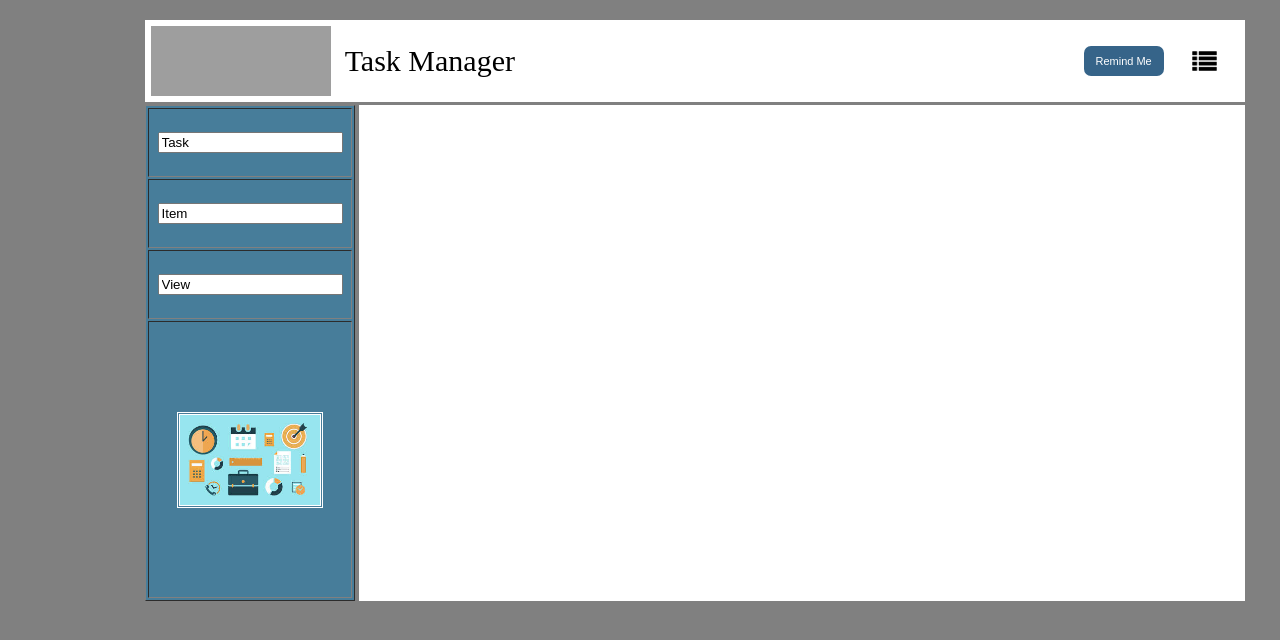
Repository: SnehaSalvi/TaskManagerProject
Page: http://localhost/TaskManagerChecklist/Home.jsp
The author's editor kept a copy of each file at every save. The page is drawn from the files as they stood at one save, then again after the next save.
The browser window is 1280 px wide. The pictures show the whole page.
Pictures or frames that could not be fetched are drawn as grey boxes. The page is served by Tomcat 9. Other server files are loaded and not shown.

Above is the page before, as saved 2016-10-14 09:18:38.

### TaskManagerChecklist/WebContent/Home.jsp
<%@ page language="java" contentType="text/html; charset=ISO-8859-1" pageEncoding="ISO-8859-1"%>
<!DOCTYPE html PUBLIC "-//W3C//DTD HTML 4.01 Transitional//EN" "http://www.w3.org/TR/html4/loose.dtd">
<html>
<head>
<meta http-equiv="Content-Type" content="text/html; charset=ISO-8859-1">
<title>Insert title here</title>
<link href="home.css" type="text/css" rel="stylesheet"/>
</head>
<body>
<form>
	<table id="table1">
		<tr>
			<td id="td1">
				<img id="banner" src="images/banner.jpg"/>
			</td>
			<td id="td_blank">
			</td>
			<td id="td2">
				Task Manager
			</td>
			<td id="td3" align="center">
				<input type="button" name="remind" id="button1" value="Remind Me"/>
			</td>
			<td id="td4" align="center">
				<img id="list" src="images/list.png"/>
			</td>
		</tr>
	</table>
	<table></table>
	<table>
		<tr>
			<td>
				<table id="table2" border="1">
					<tr>
						<td id="#td5" align="center">
							<input type="label" name="task" id="lable5" value="Task"/>
						</td>
					</tr>
					<tr>
						<td align="center">
							<input type="label" name="item" id="lable5" value="Item"/>
						</td>
					</tr>
					<tr>
						<td align="center">
							<input type="label" name="view" id="lable5" value="View"/>
						</td>
					</tr>
					<tr>
						<td rowspan="7" align="center">
							<img id="img1" src="images/menu.jpg"/>
						</td>
					</tr>
				</table>
			</td>
			<td>
				<table id="table3">
					<tr>
						<td id="#td6">
						</td>
					</tr>
				</table>
			</td>
		</tr>
	</table>
</form>
<!--<form action="Hello">
Name:<input type="text" name="user"/>
<input type="submit" value="go"/>
</form>-->
</body>
</html>

### TaskManagerChecklist/WebContent/home.css
body
{
	background-position: center;
	background-color:gray;
	margin-left: 140px;
	margin-top: 20px;
	margin-right: 120px;
	margin-bottom: 20px;
	background-repeat: no-repeat;
}
#table1
{
	margin-left:5px;
	background-color:white;
	background-position: center;
	height: 76px;
	width:1100px;

}
#table2
{
	margin-left:2px;
	background-color:#477d9a;
	background-position: center;
	height: 496px;
	width:210px;


}
#table3
{
	background-color:white;
	background-position: center;
	height: 496px;
	width:886px;

}
#table4
{

	background-position: center;
	height: 497px;
	width:1100px;
}
#table5
{
	width:200px;
}
img
{
	border-style:double;
	border-color: white;
}
tr
{

}
#div1
{
	width: 600px;
	height: 400px;
}
#td1
{
	width:185px;
	height:75px;
	background-color:
}
#td2
{
	width:735px;
	height:75px;
	font-family: serif;
	font-size: 30px;
	font-style: inherit;

}
#td3
{
	width:80px;
	height:75px;
}
#td4
{
	width:30x;
	height:75px;
}
#td_blank
{
	width:100x;
	height:75px;
}

#td6
{
	width:1050x;
	height:495px;


}
#banner
{

	width: 180px;
	height: 70px;
}
#list
{

	width: 25px;
	height: 20px;
}
#select1
{
	width:340px;
}
#img1
{

	width: 140px;
	height: 90px;
}
#button1
{
    height: 30px;
    width: 80px;
    border-radius: 7px;
    border: 1px solid #000;
    font-family: sans-serif;
    background-color:#366489;
    color:white;
    font-size: 11px;
    border: 0;
}
#label5
{
    height: 40px;
    width: 180px;
    border-radius: 8px;
    border: 1px solid #000;
    font-family:sans-serif;
    font-size: 13px;
   background-color:#366489;
   color:white;
    border: 0;
}
#label1
{
	color:red;
	font-size: 10px;
	border: none;
}
#font1
{

	font-style:italic;

	font-size: 18px;
	border: none;


}
#label2
{
	border: none;
	font-size: 5;
}
#div3
{
	width: 510px;
	height: 350px;
}

After the next save:
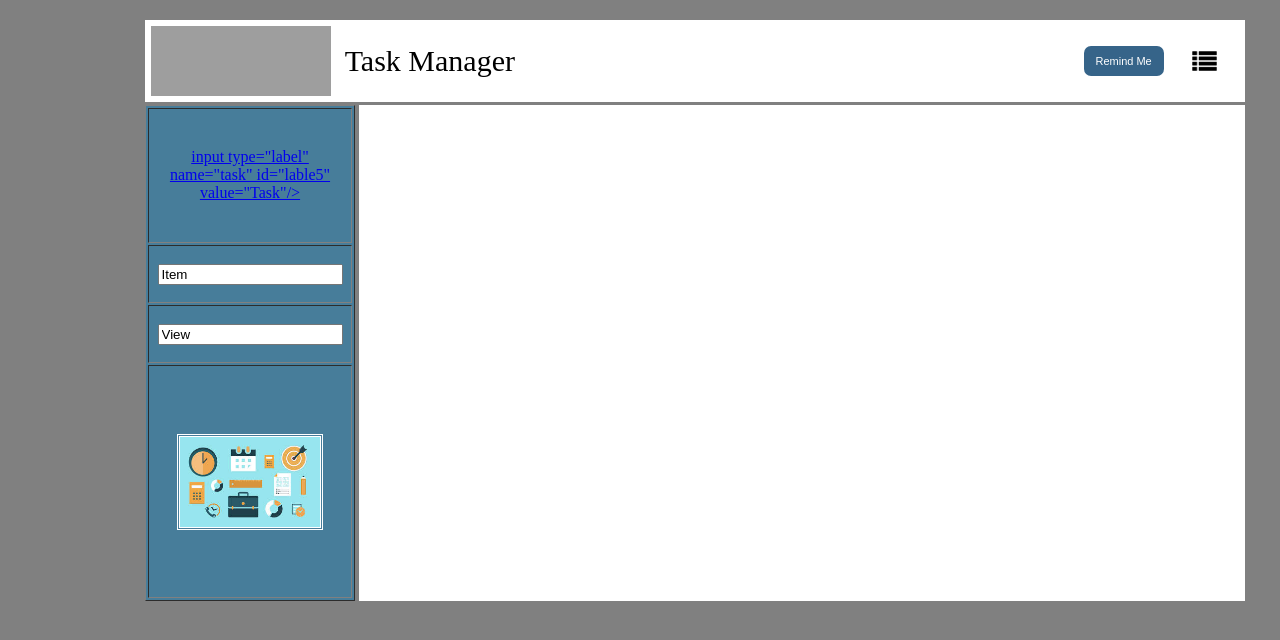
Saved 60 s later.
--- a/TaskManagerChecklist/WebContent/Home.jsp
+++ b/TaskManagerChecklist/WebContent/Home.jsp
@@ -33,7 +33,7 @@
 				<table id="table2" border="1">
 					<tr>
 						<td id="#td5" align="center">
-							<input type="label" name="task" id="lable5" value="Task"/>
+							<a href="AddTask.jsp">input type="label" name="task" id="lable5" value="Task"/></a>
 						</td>
 					</tr>
 					<tr>

After the save that followed:
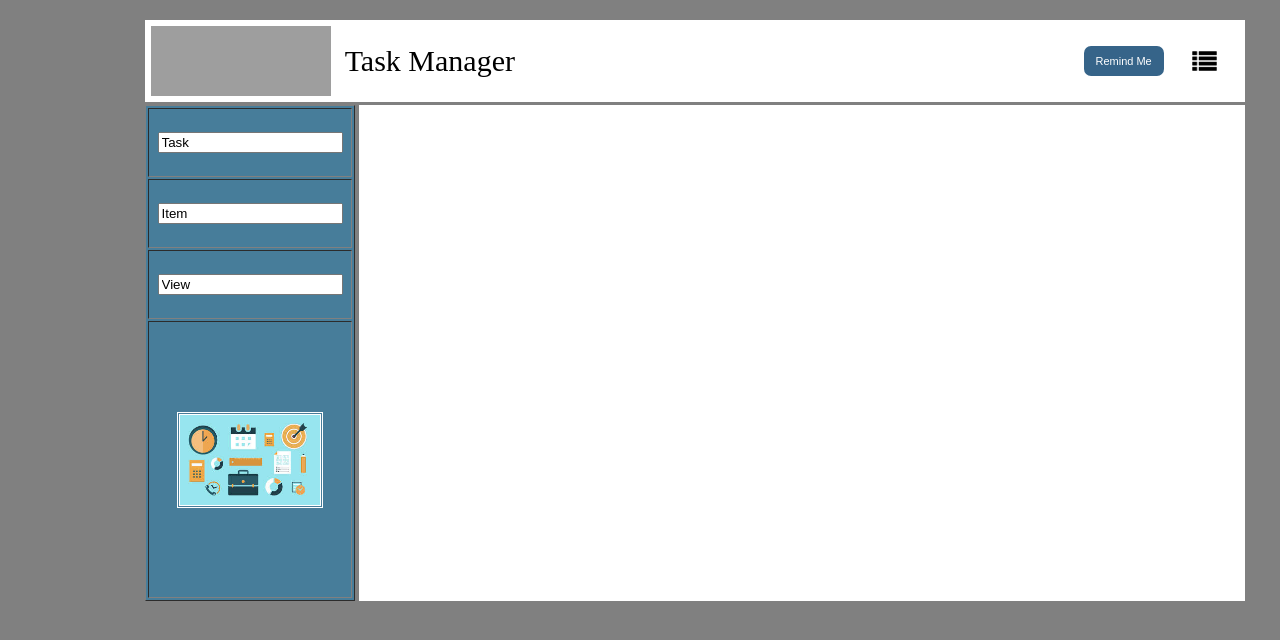
Saved 39 s later.
--- a/TaskManagerChecklist/WebContent/Home.jsp
+++ b/TaskManagerChecklist/WebContent/Home.jsp
@@ -33,7 +33,7 @@
 				<table id="table2" border="1">
 					<tr>
 						<td id="#td5" align="center">
-							<a href="AddTask.jsp">input type="label" name="task" id="lable5" value="Task"/></a>
+							<a href="AddTask.jsp"><input type="label" name="task" id="lable5" value="Task"/></a>
 						</td>
 					</tr>
 					<tr>
